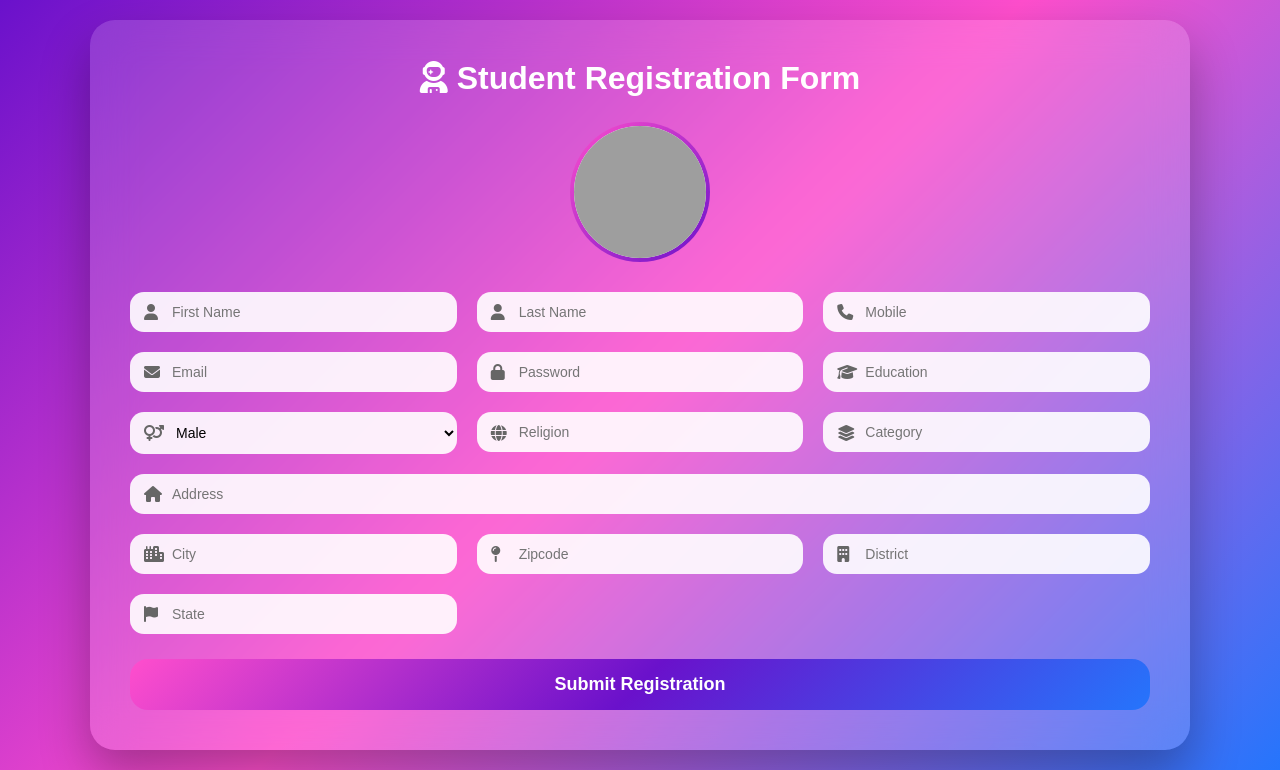
Repository: Pintu-6545/Java_Programming
Page: http://localhost/Students/
The author's editor kept a copy of each file at every save. The page is drawn from the files as they stood at one save, then again after the next save.
The browser window is 1280 px wide. The pictures show the whole page.
Pictures or frames that could not be fetched are drawn as grey boxes. The page is served by Tomcat 10.

Above is the page before, as saved 2026-02-07 08:11:38.

After the next save:
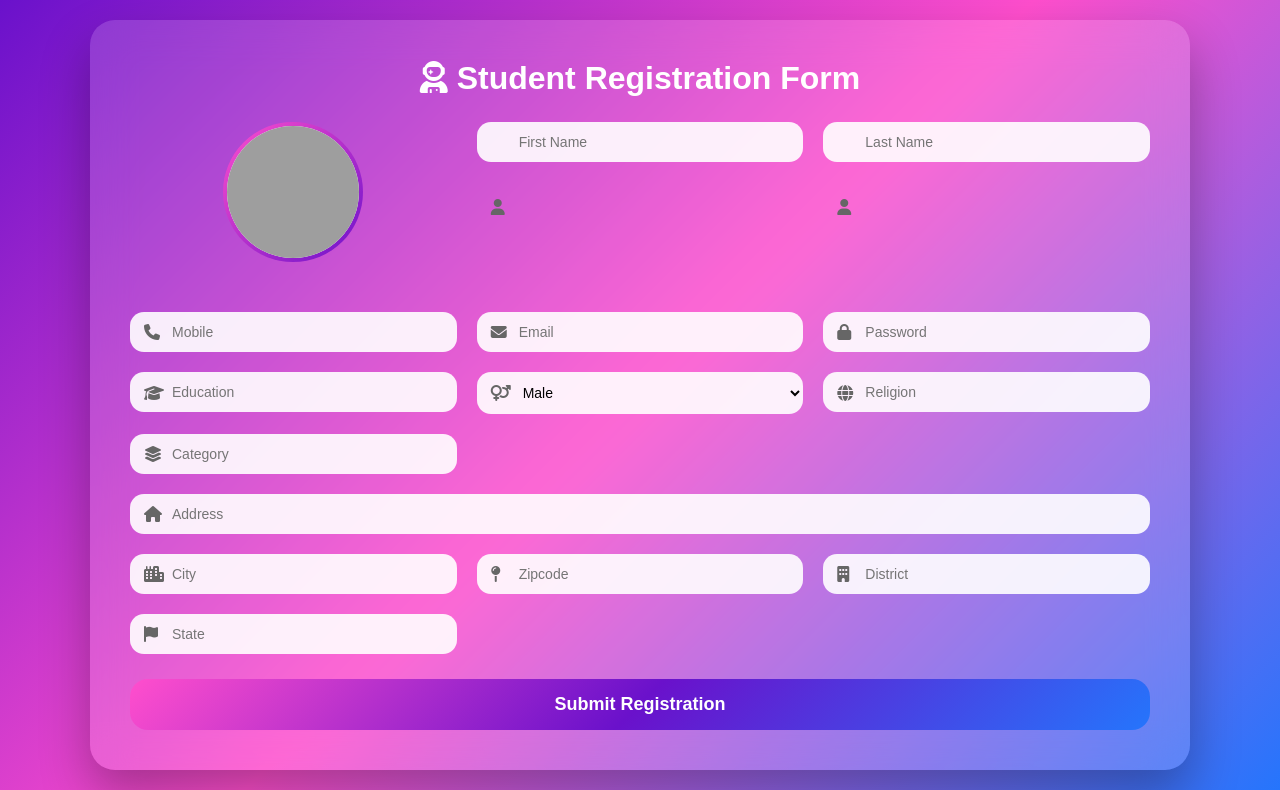
Saved 2 min 34 s later.
--- a/Assessement/Student Management/Students/src/main/webapp/index.jsp
+++ b/Assessement/Student Management/Students/src/main/webapp/index.jsp
@@ -30,7 +30,11 @@
 			<i class="fa-solid fa-user-astronaut"></i> Student Registration Form
 		</div>
 
-		<!-- Profile Upload -->
+
+		<form name="frm" method="post" action="StudentController" enctype="multipart/form-data">
+			<div class="form-grid">
+
+<!-- Profile Upload -->
 		<div class="profile-upload">
 			<label class="profile-box"> <img id="preview"
 				src="https://cdn-icons-png.flaticon.com/512/149/149071.png" />
@@ -38,10 +42,6 @@
 				accept="image/*" hidden onchange="loadImage(event)" name="profile_picture">
 			</label>
 		</div>
-
-		<form name="frm" method="post" action="StudentController" enctype="multipart/form-data">
-			<div class="form-grid">
-
 				<div class="input-group">
 					<i class="fa fa-user"></i> <input type="text"
 						placeholder="First Name" name="fname">
